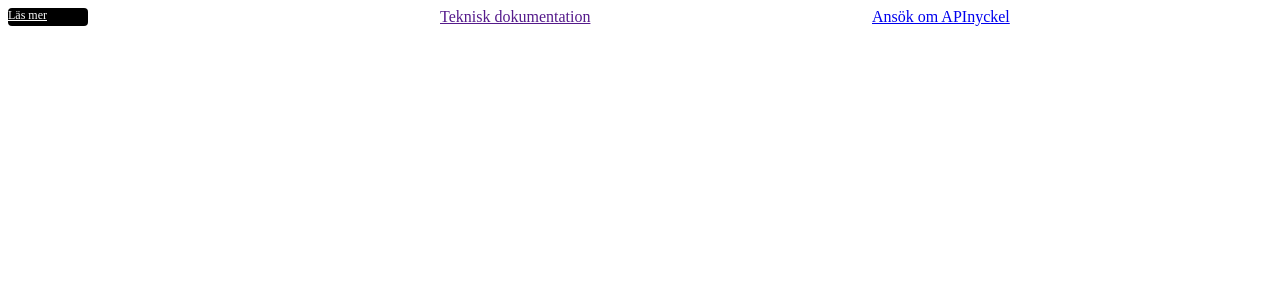
Repository: rudasn/docsy-cms-netlify
Page: layouts/partials/link.html
These files come from the project's save history. The page is drawn as it stood at one moment and after the next save; the edit follows.
The browser window is 1280 px wide. The pictures show the whole page.

Above is the page before, as saved 2021-05-11 12:45:46.

### layouts/partials/link.html

<style>
.button{
background-color: black;
border-radius: 4px;
text-align: start;
max-width: 20%;
max-height: auto;

font-size: 12px;


color: white

}
.bt_text {
color: white;}

.grid-container {
display: grid;
grid-template-columns: repeat(auto-fit, minmax(100px, 1fr ));

grid-gap: 32px;
grid-auto-flow: dense;

}
.link_right{
float: right;

}
/* Single column display for phones */
@media (max-width: 459px) {
    .grid-container {
      display: flex;
      flex-direction: column;
    }

}

</style>

<div class="grid-container p-0 ml-0">

    <a class="button" href="">Läs mer</a>

    <a class="link_right " href="">Teknisk dokumentation</a>

    <a class="link_right" href="https://apirequest.jobtechdev.se/">Ansök om APInyckel</a>

  </div>


<!--

<div >
    <div class="row m-0">
        <div class="column">
            <button class="list_btn">
                <a class ="bt_text"href="">Läs mer</a>
            </button>
        </div>
        <div class="column">
            <a href="">Teknisk dokumentation</a>
        </div>
        <div class="column">
            <a href="">Ansök om en APInyckel</a>
        </div>
    </div>

</div>
-->

After the next save:
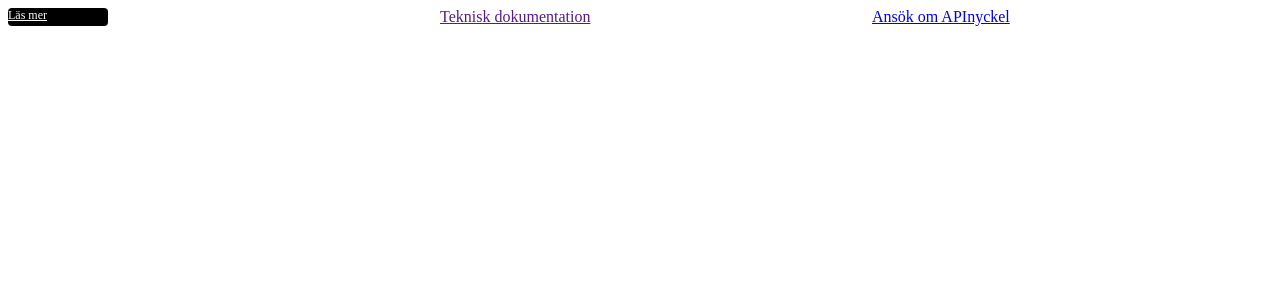
Saved 5 s later.
--- a/layouts/partials/link.html
+++ b/layouts/partials/link.html
@@ -4,7 +4,7 @@
 background-color: black;
 border-radius: 4px;
 text-align: start;
-max-width: 20%;
+max-width: 25%;
 max-height: auto;
 
 font-size: 12px;
